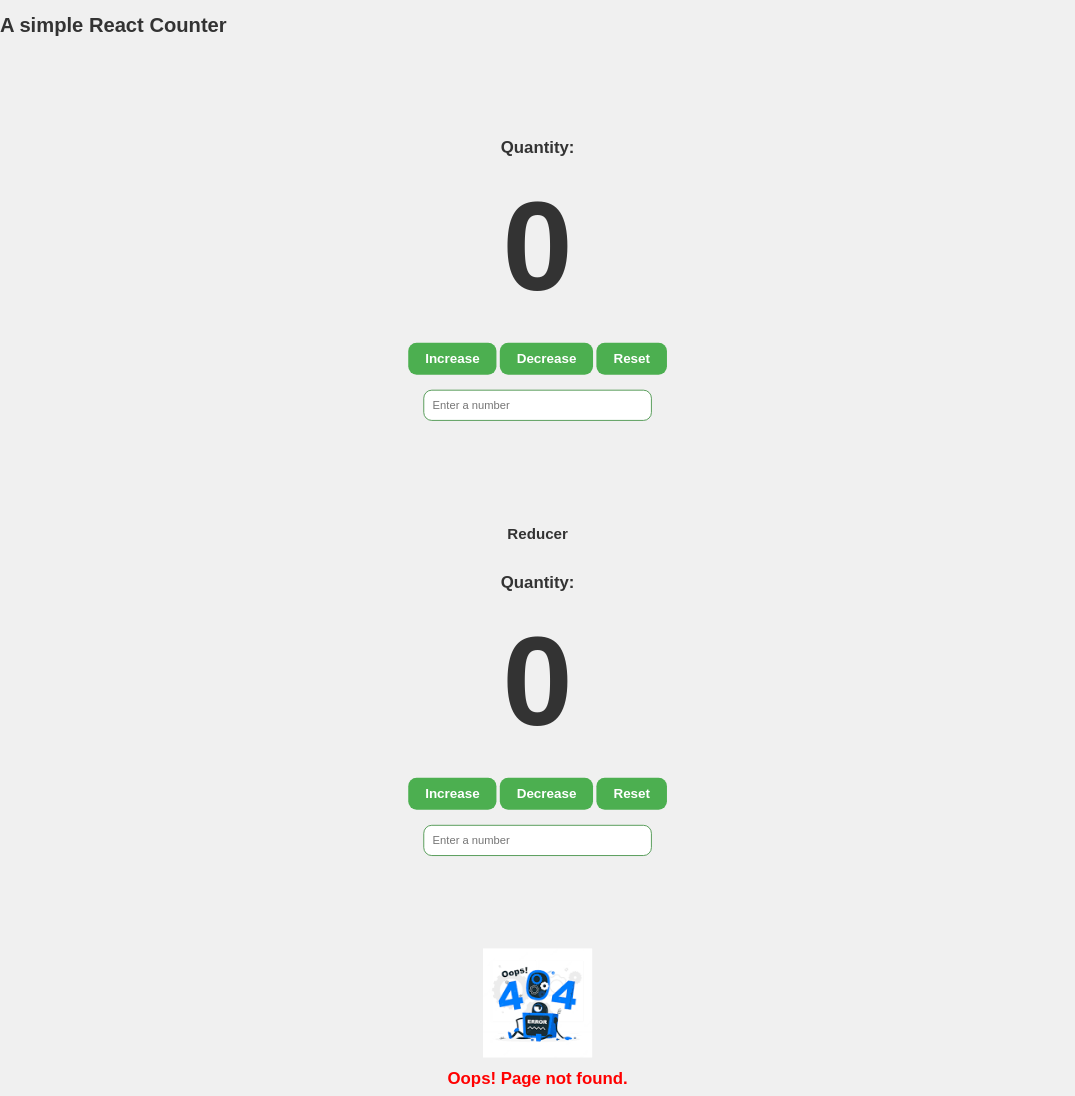
Repository: qudos4real/altschool-second-sem
Page: /
An editor plug-in stored every save of this project. The page is shown before and after the next save, followed by the edit.
The browser window is 1280 px wide. The pictures show the whole page, at 84% of full size.
The project was rebuilt for these pictures with package versions that can differ from the ones it lists, and the page was loaded fresh each time. Also part of the build but not shown: src/App.css, src/Components/ErrorBoundary.js.

Above is the page before, as saved 2022-11-04 15:53:57.

### src/App.js
import React from 'react';
import Counter from './Components/Counter';
import './App.css';
import Reducer from './Components/Reducer';
import Home from './Components/Home';
import NotFound from './Components/NotFound';
import ErrorBoundary from './Components/ErrorBoundary';
import { BrowserRouter as Router, Route, Routes, Link } from 'react-router-dom';



function App() {
  return (
    <>
    <Home />
    <Counter />
    <Reducer />
    <NotFound />
    <ErrorBoundary />

    </>

    // <Router>
    //   <ErrorBoundary >
    //   <nav>
    //     <Link to="/">Home</Link>
    //     <Link to="counter">Counter</Link>
    //     <Link to="reducer">Reducer</Link>
    //     <Link to="ErrorBoundary">ErrorBoundary</Link>
    //     </nav>
    //   <Routes>
    //     <Route path="/" element={<Home />} />
    //     <Route path="/counter" element={<Counter />} />
    //     <Route path="/reducer" element={<Reducer />} />
    //     <Route path="ErrorBoundary" element={<ErrorBoundary />} />
    //     <Route path="*" element={<NotFound />} />
    //   </Routes>
    //   </ErrorBoundary>
    // </Router>
  )
}

export default App

### src/Components/Counter.js
import React from "react";
import { useCounter } from "../hooks/useCounter";
import "../CSS/Counter.css";

function Counter() {
  const quantity = useCounter(0);
  return (
    <div className="container">
      <h3 className="label ">Quantity: </h3>
      <h3 className="value ">{quantity.count} </h3>
      <br />
      <div>
        <button className="btn " onClick={quantity.increment}>
          Increase
        </button>
        <button className="btn " onClick={quantity.decrement}>
          Decrease
        </button>
        <button className="btn " onClick={quantity.reset}>
          Reset
        </button>
      </div>
      <br />
      <input placeholder="Enter a number" className="input "
        type="number"
        onChange={(e) => quantity.setValue(e.target.value)}
      />
    </div>
  );
}

export default Counter;

### src/Components/Reducer.js
import React from "react";
import { useReducer } from "react";
import { reducer } from "../hooks/reducer.1";
import "../CSS/Counter.css"

function Reducer() {
  const [state, dispatch] = useReducer(reducer, { count: 0 });
  return (
    <div className="container">
      <h2>Reducer</h2>

      <h3 className="label "> Quantity: </h3>
      <h3 className="value ">{state.count}</h3>
      <br />
      <div>
      <button className="btn " onClick={() => dispatch({ type: "increment" })}>Increase</button>
      <button className="btn " onClick={() => dispatch({ type: "decrement" })}>Decrease</button>
      <button className="btn " onClick={() => dispatch({ type: "reset" })}>Reset</button>
      </div>
      <br />
      <input
        type="number" placeholder="Enter a number" className="input "
        onMouseLeave={(e) => dispatch({ type: "setValue", value: e.target.value })}
      />
    </div>
  );
}

export default Reducer;

### src/Components/Home.js
import React from "react";
import { Outlet } from "react-router-dom";

function Home() {
  return (
    <div>
      <h1>A simple React Counter</h1>
        <Outlet />

    </div>
  );
}

export default Home;

### src/Components/NotFound.js
import React from 'react'
import image from '../img/404.png'

const NotFound = () => {
    return (
        <div className='container '>
            <img src={image} alt="404 not found" />
            <h1 className='notFoundText'>
            Oops! Page not found.
            </h1>
        </div>
    )
}

export default NotFound

### src/hooks/useCounter.js
import { useState } from "react";

export const useCounter = (initialValue) => {
    const [count, setCount] = useState(initialValue);
    const increment = () => {
        setCount(count + 1);
    };
    const decrement = () => {
        count > 0 && setCount(count - 1);
    };
    const reset = () => {
        setCount(initialValue);
    };
    const setValue = (value) => {
        setCount(value);
    };
    return { count, increment, decrement, reset, setValue };
};

### src/CSS/Counter.css
body {
  background-color: #f0f0f0;
  font-family: Arial, Helvetica, sans-serif;
  font-size: 12px;
  color: #333;
  margin: 0;
  padding: 0;
  box-sizing: border-box;
}
.container {
  width: 50%;
  max-width: 500px;
  margin: 0 auto;
  padding: 0 20px;
  display: flex;
  justify-content: center;
  align-items: center;
  flex-direction: column;
  /* border: 1px solid #3e8e41; */
  margin-top: 100px;
}

.btn {
  background-color: #4caf50;
  border: none;
  color: white;
  padding: 10px 20px;
  text-align: center;
  text-decoration: none;
  display: inline-block;
  font-size: 16px;
  margin: 4px 2px;
  cursor: pointer;
  border-radius: 10px;
  font-weight: bold;
}
.btn:hover {
  background-color: #3e8e41;
}
.input {
  width: 50%;
  max-width: 500px;
  padding: 10px;
  border: 1px solid #3e8e41;
  border-radius: 10px;
  margin-bottom: 10px;
}
.label {
  font-size: 20px;
  font-weight: bold;
  margin-bottom: 10px;
}
.value {
  font-size: 150px;
  font-weight: bold;
  margin-bottom: 10px;
  margin-top: 10px;
}
.notFoundText{
    font-size: 20px;
    font-weight: bold;
    margin-bottom: 10px;
    color: red;
}

### src/hooks/reducer.1.js
export function reducer(state, action) {
    switch (action.type) {
        case "increment":
            return { count: state.count + 1 };
        case "decrement":
            return { count: state.count - 1 };
        case "reset":
            return { count: 0 };
        case "setValue":
            return { count: action.value };
        default:
            return state;
    }
}

Loaded but not shown: public/index.html (common file); src/index.js (common file); src/index.css (common file); src/reportWebVitals.js (common file)

After the next save:
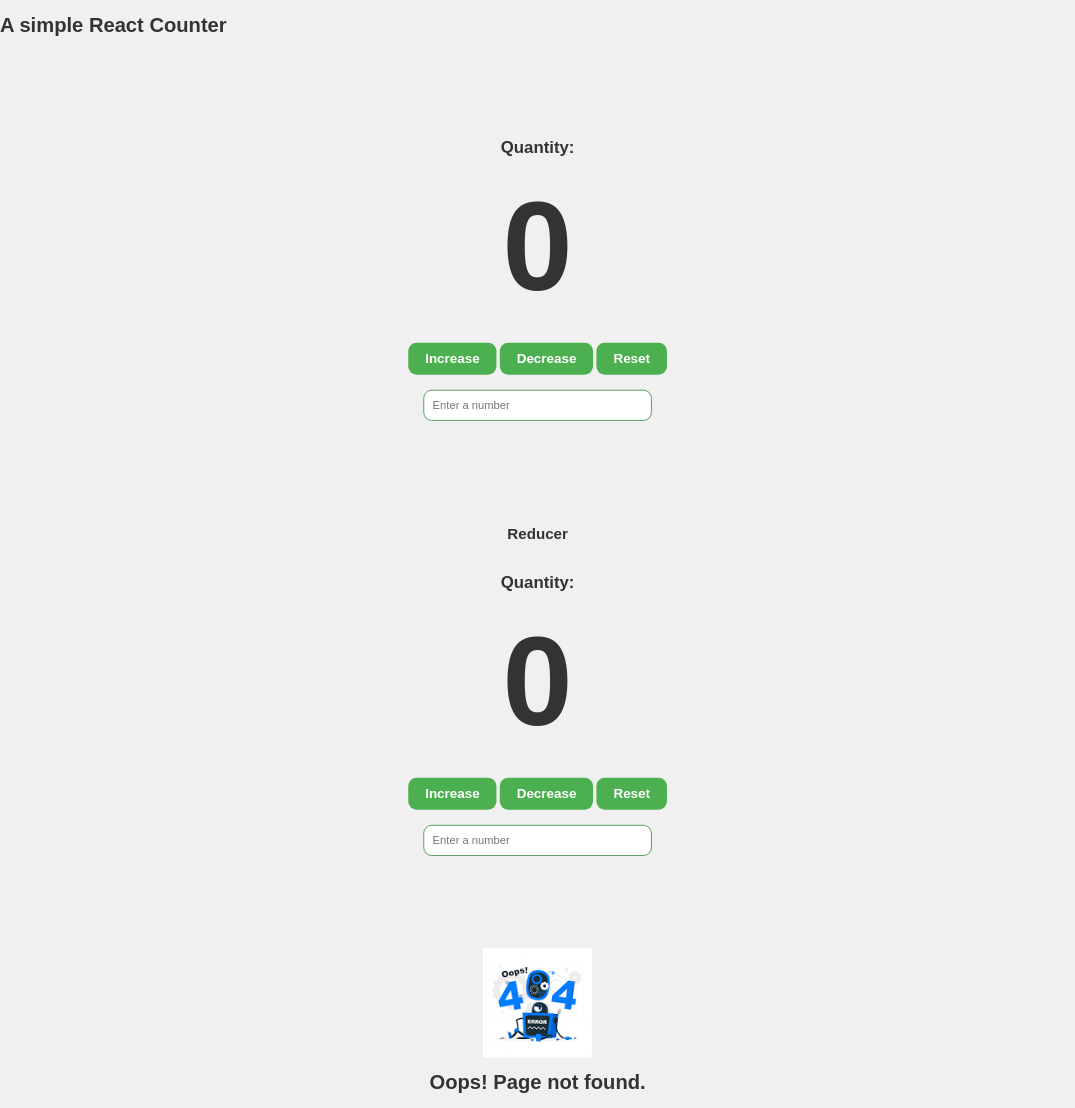
Saved 12 s later.
--- a/src/CSS/Counter.css
+++ b/src/CSS/Counter.css
@@ -56,7 +56,7 @@ body {
   margin-bottom: 10px;
   margin-top: 10px;
 }
-.notFoundText{
+.ErrorText{
     font-size: 20px;
     font-weight: bold;
     margin-bottom: 10px;

After the save that followed:
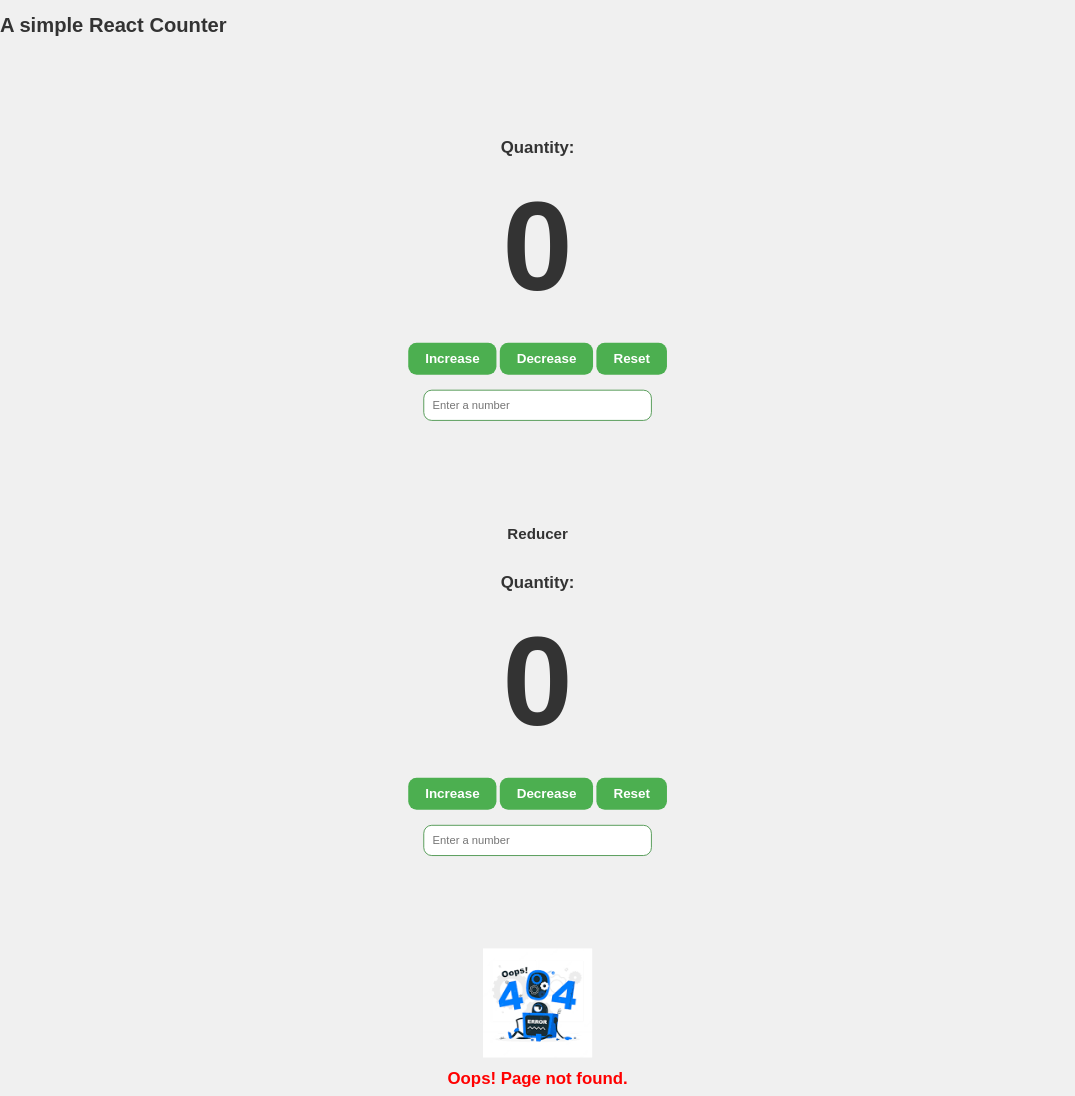
Saved 10 s later.
--- a/src/Components/NotFound.js
+++ b/src/Components/NotFound.js
@@ -5,7 +5,7 @@ const NotFound = () => {
     return (
         <div className='container '>
             <img src={image} alt="404 not found" />
-            <h1 className='notFoundText'>
+            <h1 className='ErrorText'>
             Oops! Page not found.
             </h1>
         </div>
